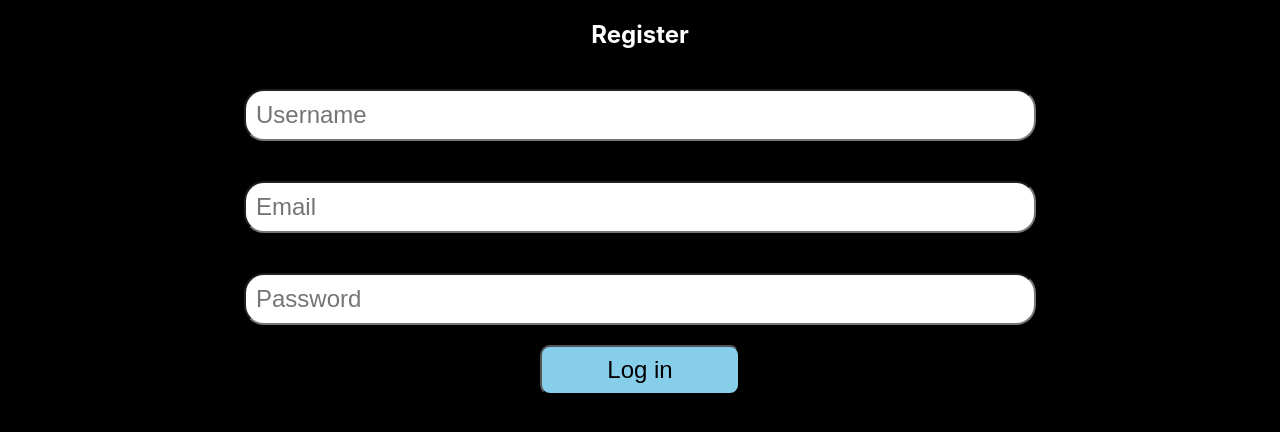
Repository: abhaysharma20233009/swiftKey
Page: /login (app in frontend/my-app/)
An editor plug-in stored every save of this project. The page is shown before and after the next save, followed by the edit.
The browser window is 1280 px wide. The pictures show the whole page.
The project was rebuilt for these pictures with package versions that can differ from the ones it lists, and the page was loaded fresh each time. Also part of the build but not shown: frontend/my-app/src/Swifts.js, frontend/my-app/src/Results.js.

Above is the page before, as saved 2024-10-10 16:44:54.

### frontend/my-app/src/App.js
//App.js

import './App.css';
import React from 'react';
import { BrowserRouter as Router, Route, Routes } from 'react-router-dom';
import Swift from './Swifts';
import Results from './Results';
import Login from './Login';
const App = () => {
    return (
        <Router>
			<div className="App">
            <Routes>
                <Route path="/" element={<Swift />} />
                <Route path="/results" element={<Results />} />
                <Route path="/login" element={<Login />} />
            </Routes>
			</div>
        </Router>
    );
};

export default App;

### frontend/my-app/src/App.css
.App {
  text-align: center;
  color:white;
}

body{
  background-color:black;
}

.log{
  color:black;
  margin-left: 10px;
  margin-right: 10px;
  background-color: skyblue;
  border-radius: 10px;
  height:50px;
  width:200px;
  justify-self: end;
  font-size: x-large;
}




.in{
  border-radius:20px;
  font-size: 24px;
  width: 60%;
  padding: 10px;
  margin: 20px 0;
}

### frontend/my-app/src/Login.js
// Register.js
import React, { useState } from 'react';
import { useNavigate } from 'react-router-dom';
const Login = () => {
    const [username, setUsername] = useState('');
    const [email, setEmail] = useState('');
    const [password, setPassword] = useState('');

    const navigate = useNavigate();
    const fetchUser = async () => {
        try {
            await fetch('http://localhost:7000/login');

        } catch (error) {
            console.error('Error fetching messages:', error);
        }
    };

    const log = async () => {
        try {
            navigate('/', { state: { username } });
            const response = await fetch('http://localhost:7000/login', {
                method: 'POST',
                headers: {
                    'Content-Type': 'application/json',
                },
                body: JSON.stringify({ userName: username, email, password }),
            });

            if (!response.ok) {
                const errorData = await response.json();
                alert(errorData.message || errorData.error);
                return;
            }

            // Reset fields
            setUsername('');
            setPassword('');

            // Navigate to Swifts with username

            await fetchUser();

        } catch (error) {
            console.error('Error login:', error);
        }
    }


    return (
        <div>
            <h2>Register</h2>
            <form >
                <input
                    className="in"
                    type="text"
                    placeholder="Username"
                    value={username}
                    onChange={(e) => setUsername(e.target.value)}
                    required
                />
                <br/>
                <input
                className="in"
                    type="email"
                    placeholder="Email"
                    value={email}
                    onChange={(e) => setEmail(e.target.value)}
                    required
                />
                <br/>
                <input

                className="in"
                    type="password"
                    placeholder="Password"
                    value={password}
                    onChange={(e) => setPassword(e.target.value)}
                    required
                />
                <br/>
                <button className="log" onClick={log}>Log in</button>
            </form>
        </div>
    );
};

export default Login;

Loaded but not shown: frontend/my-app/public/index.html (common file); frontend/my-app/src/index.js (common file); frontend/my-app/src/index.css (common file); frontend/my-app/src/reportWebVitals.js (common file)

After the next save:
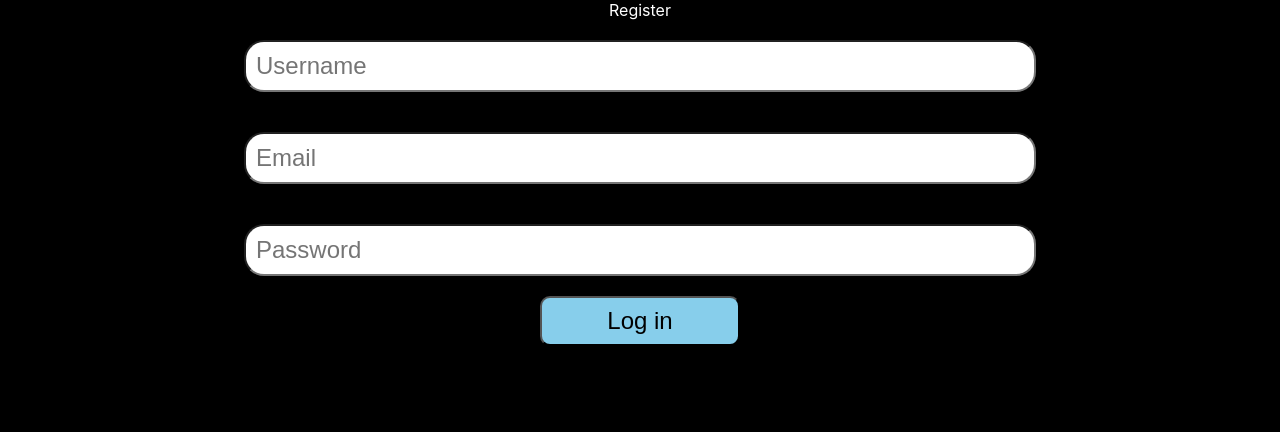
Saved 91 s later.
--- a/frontend/my-app/src/Login.js
+++ b/frontend/my-app/src/Login.js
@@ -49,7 +49,7 @@ const Login = () => {
 
     return (
         <div>
-            <h2>Register</h2>
+            <div  className='hea' >Register</div>
             <form >
                 <input
                     className="in"
